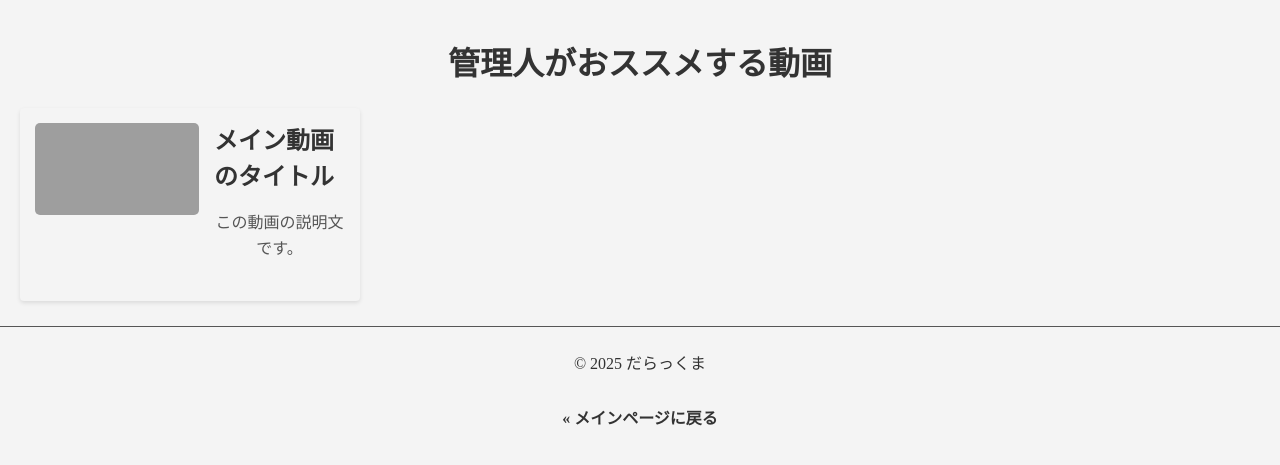
Repository: rydeen7907/html
Page: movie_link.html
These files come from the project's save history. The page is drawn as it stood at one moment and after the next save; the edit follows.
The browser window is 1280 px wide. The pictures show the whole page.
Pictures or frames that could not be fetched are drawn as grey boxes.

Above is the page before, as saved 2025-04-29 18:28:37.

### movie_link.html
<!DOCTYPE html>
<html lang="ja">
<head>
    <meta charset="UTF-8">
    <meta name="viewport" content="width=device-width, initial-scale=1.0">
    <title>運営者お気に入りの動画リンク</title>
    <link rel="stylesheet" href="style.css">
</head>
<body>

<header>
    <h1>管理人がおススメする動画</h1>
</header>

<div class="video-item">
    <div class="video-flame">
        <iframe src="https://www.youtube.com/embed/VIDEO_ID" title="YouTube video player" frameborder="0" allow="accelerometer; autoplay; clipboard-write; encrypted-media; gyroscope; picture-in-picture; web-share" allowfullscreen></iframe>
    </div>

    <div class="video-info">
        <h3 class="video-title">メイン動画のタイトル</h3>
        <p class="video-description">この動画の説明文です。</p>
    </div>
</div>

<footer class="social-links">
    <p>&copy; 2025 だらっくま</p>
    <a href="index.html">&laquo; メインページに戻る</a>
</footer>

</body>
</html>

### style.css
/* 基本スタイル */
:root {
    /* 色の設定 */
    --text-color-dark: #333; /*  */
    --text-color-light: #555; /*  */
    --background-color: #f4f4f4; /*  */
    --background-color-scroll: aqua; /*  */
    --link-color: #333; /* リンクの色 */
    --link-color-hover: #ff8000; /* ホバー時のリンク色 */

/* タイポグラフィ */
    --font-family: Arial, sans-serif; /* フォントファミリー */
    --line-height-base: 1.5; /* 行間を調整 (例：1.5倍 px,%,emでも可能) */
    --font-size-small: 12px; /* フォントサイズを小さく */
    --font-size-base: 16px; /* 基本フォントサイズ */
    --font-size-large: 24px; /* 大きなフォントサイズ */
    --font-size-xlarge: 32px; /* 特大フォントサイズ */

/* 余白 */
    --margin-xs: 5px; /* 小さなマージン */
    --margin-s: 10px; /* 基本マージン */
    --margin-m: 15px; /* 中くらいのマージン */
    --margin-l: 20px; /* 大きなマージン */
    --margin-xl: 25px; /* 特大マージン */
    --margin-xxl: 40px; /* 特特大マージン */
    --margin-xxxl: 50px; /* 特特特大マージン */
}

body {
    margin: 0; /* ブラウザデフォルトのマージンをリセット */
    padding: 0; /* ブラウザデフォルトのパディングをリセット */
    padding-bottom: var(--margin-xxxl); /* ページ下部のパディングを追加 */
    font-family: var(--font-size-base);
    line-height: var(--line-height-base); /* 行間を読みやすく調整 (例：2.0倍 px,%,emでも可能) */
    color: var(--text-color-dark); /* 文字色を濃いグレーに設定 */
    background-color: var(--background-color); /* 背景色を薄いグレーに設定 */
}

/* ヘッダー */
.header-image {
    display: block; /* 中央配置のためブロック要素に */
    width: 100%;
    /* max-width: auto; は width: 100%; があれば不要 */
    height: 400px;
    margin: 0 auto; /* 上下のマージンは０、左右は自動で中央揃え */
    object-fit: cover; /* 画像のアスペクト比を維持、要素に合わせる */
}

/* 画像の説明文 */
.image-caption {
    padding-top: var(--margin-xs); /* 上部のパディングを追加 */
    padding-bottom: var(--margin-xs); /* 下部のパディングを追加 */
    padding-left: var(--margin-m);    /* 左側のパディングを追加 */
    padding-right: var(--margin-m); /* 右側のパディングを追加 */

    margin-top: var(--margin-xs); /* 上部のマージンを追加 */
    margin-bottom: var(--margin-xl); /* 下部のマージンを追加 */
    font-size: var(--font-size-small); /* フォントサイズを小さく */
    color: var(--text-color-light); /* 文字色を薄いグレーに */
    text-align: right; /* 右寄せ */
}

/* 画像キャプション内のリンク */
.image-caption a {
    color: inherit; /* リンクの色 */
    text-align: right;
    text-decoration: none; /* 下線を削除 */
}

.image-caption a:hover,
.image-caption a:focus {
    color: var(--link-color-hover); /* ホバー時のリンク色 */
    text-decoration: underline; /* 下線を追加 */
}

/* スクロールテキストコンテナ */
.scrolling-text-container {
    width: 100%; /* 幅 */
    height: 55px; /* 高さ */
    margin-bottom: var(--margin-xxl); /* 下部のマージンを追加 */
    padding-top: var(--margin-xs); /* 上部のパディングを追加 */
    padding-bottom: var(--margin-s); /* 下部のパディングを追加 */
    box-sizing: border-box; /* パディングとボーダーを含めたサイズ計算 */
    background-color: var(--background-color-scroll); /* 背景色をアクアに設定 */
    overflow: hidden; /* はみ出た部分を隠す */
}

/* スクロールテキスト */
.scrolling-text {
    display: inline-block; /* インラインブロック要素に設定 */
    margin: 0; /* コンテナ内でのマージンを削除 */
    padding-left: 100%; /* 開始位置を右側に設定 */
    font-size: var(--font-size-large); /* フォントサイズ */
    font-weight: bold; /* 太字に設定 */
    color: var(--text-color-dark); /* 文字色を濃いグレーに */
    white-space: nowrap; /* 折り返し禁止 */
    animation: scroll-left 25s linear infinite; /* アニメーションを適用 */
}

/* スクロールアニメーションの定義 */
@keyframes scroll-left {
    0% {
        transform: translateX(0); /* 開始位置 */
    }
    100% {
        /* テキスト自身の幅だけ左に移動させる */
        transform: translateX(-150%);
    }
}

/* メインコンテンツ */
h1 {
    margin: var(--margin-xxl) 0 var(--margin-l); /* 上下のマージンを追加 */
    font-size: var(--font-size-xlarge); /* フォントサイズ */
    font-weight: bold; /* 太字に設定 */
    text-align: center; /* 中央配置 */
    color: var(--text-color-dark); /* 文字色を濃いグレーに */
}

main h2 {
    margin-left: var(--margin-m); /* 左側のマージンを追加 */
    text-align: left; /* 左寄せ */
}

/* リンクリストのスタイル */
main .link-list {
    list-style: none;
    padding-left: 0;
    margin-left: var(--margin-s);
    text-align: left;
}

/* リストアイテム下の余白 */
main .link-list li {
    margin-bottom: var(--margin-xs); /* 各リンク間 縦方向の余白 */
}

/* 段落 p */
p {
    margin: var(--margin-m) 0 ; /* 上下のマージンを追加 */
    padding-bottom: var(--margin-s);
    text-align: center; /* 中央配置 */
    font-size: var(--font-size-base); /* フォントサイズ */
}

main p{
    margin-left: var(--margin-xxxl); /* 左側のマージンを追加 */
    text-align: left; /* 左寄せ */
    font-size: var(--font-size-base); /* フォントサイズ */
}

/* ページナビゲーション(横並び) */
.page-navigation {
    text-align: center; /* 中央配置 */
    margin-top: var(--margin-l);
    margin-bottom: var(--margin-l);
}

.page-navigation a {
    display: inline-block; /* インラインブロック要素に設定 */
    margin: 0 var(--margin-s); /* 左右のマージンを追加 */
    font-size: var(--font-size-base); /* フォントサイズ */
    font-weight: bold; /* 太字に設定 */
    /* text-align: center; /* 中央配置 */
    text-decoration: none; /* 下線を削除 */
    transition: color 0.3s; /* ホバー時の色変更にトランジションを追加 */
}

/* ホバー時のスタイル */
.page-navigation a:hover,
.page-navigation a:focus {
    color: var(--link-color-hover); /* ホバー時の文字色をオレンジに変更 */
    text-decoration: underline; /* 下線を追加 */
}

/* リンク a */
a {
    display: block;
    color: var(--link-color); /* 文字色を赤に */
    margin: var(--margin-s) auto; /* 上部のマージンを追加 */
    font-size: var(--font-size-base); /* フォントサイズ */
    font-weight: bold; /* 太字に設定 */
    text-align: left;
    text-decoration: none; /* 下線を削除 */
    transition: color 0.3s; /* ホバー時の色変更にトランジションを追加 */
}

/* ホバー時のスタイル */
a:hover,
a:focus { /* ホバーとフォーカス時に適用するスタイル */
    color: var(--link-color-hover); /* ホバー時の文字色をオレンジに変更 */
    text-decoration: underline; /* 下線を追加 */
}

/* SNS リンク */
.social-links {
    text-align: center;
    margin: var(--margin-xl) 0; /* 上下のマージンを追加 */
    padding-bottom: var(--margin-s); /* 上下のパディングを追加 */
    border-top: 1px solid var(--text-color-light); /* 上部に薄いグレーのボーダーを追加 */
    padding-top: var(--margin-s); /* 上部のパディングを追加 */
}

.social-links h2 {
    font-size: var(--font-size-base); /* フォントサイズ */
    color: var(--text-color-dark); /* 文字色を濃いグレーに */
    margin: var(--margin-s) 0; /* 上下のマージンを追加 */
    font-weight: normal; /* 太字に設定 */
}

.social-links ul {
    list-style: none; /* リストのマークを削除 */
    padding: 0; /* パディングを削除 */
    margin: 0; /* マージンを削除 */
}

.social-links li {
    display: inline-block; /* 横並び */
    margin: 0 var(--margin-s); /* 左右のマージンを追加 */
}

/* SNSリンク 固有のスタイル */
.social-links a {
    display: inline-block; /* クリック範囲を確保 */
    line-height: 1; /* 画像のベースラインを揃えるのに役立つ */
    /* color: var(--link-color); /* リンクの色 */
    text-decoration: none; /* 下線を削除 */
    /*font-size: var(--font-size-base); /* フォントサイズ */
    transition: opacity 0.5s; /* ホバー時の透明度変更 (テキスト：color 0.3s)*/
}

.social-icon {
    width: 48px; /* アイコンの幅 */
    height: 48px; /* アイコンの高さ */
    vertical-align: middle; /* 他のアイコンと並んだ場合の垂直配置を中央に */
    /*object-fit: cover; /* 画像のアスペクト比を維持、要素に合わせる */
}

/* ホバー時のスタイル */
.social-links a:hover,
.social-links a:focus {
    /* color: var(--link-color-hover); /* ホバー時の文字色をオレンジに変更 */
    /* text-decoration: underline; /* 下線を追加 */
    opacity: 0.7; /* ホバー時の透明度を変更 */
}

/* 動画コンテナのスタイル*/
.video-item {
    display: flex;
    align-items: flex-start;
    gap: 15px;
    margin: 20px; /* 上下左右のマージン 左右はautoで中央寄せ */
    max-width: 310px;
    padding: 15px; /* 内側の余白 */
    background-color: var(--background-color); /* 背景色を薄いグレーに設定 */
    border-radius: 4px; /* 角を丸める*/
    box-shadow: 0 2px 4px rgba(0, 0, 0, 0.1); /* 影を追加 */
}

/* 動画フレームのスタイル */
.video-frame {
    width: 100%; /* 動画フレームの幅 */
    flex-shrink: 0;
}

/* iframeのスタイル */
.video-flame iframe {
    width: 100%; /* .video-frame の幅に合わせる*/
    aspect-ratio: 16 / 9;
    display: block;
    border: none;
    border-radius: 5px;
}

.video-info{
    flex-grow: 1; /* 残りのスペースを占有 */
    text-align: left; /* 左寄せ */
}

/* 動画情報のスタイル */
/*.video-title .video-description {
    flex-grow: 1;
    text-align: left;
} */

/* 動画タイトルのスタイル*/
.video-title {
    margin-top: 0;
    margin-bottom: 10px;
    font-size: 24px;
    font-weight: bold;
}

/* 動画説明文 */
.video-description {
    color: #555;
    font-size: 16px;
    line-height: 1.6;
}

/* レスポンシブ対応 */
@media (max-width: 640px) {
    .video-item {
        flex-direction: column;
        align-items: stretch;
        max-width: 100%;
        margin: 20px auto;
        padding: 15px;
        gap: 10px;
    }

    .video-frame {
        width: 100%;
        flex-shrink: initial;
    }

    .video-title {
        font-size: 16px;
    }

    .video-description {
        font-size: 14px;
    }
}

After the next save:
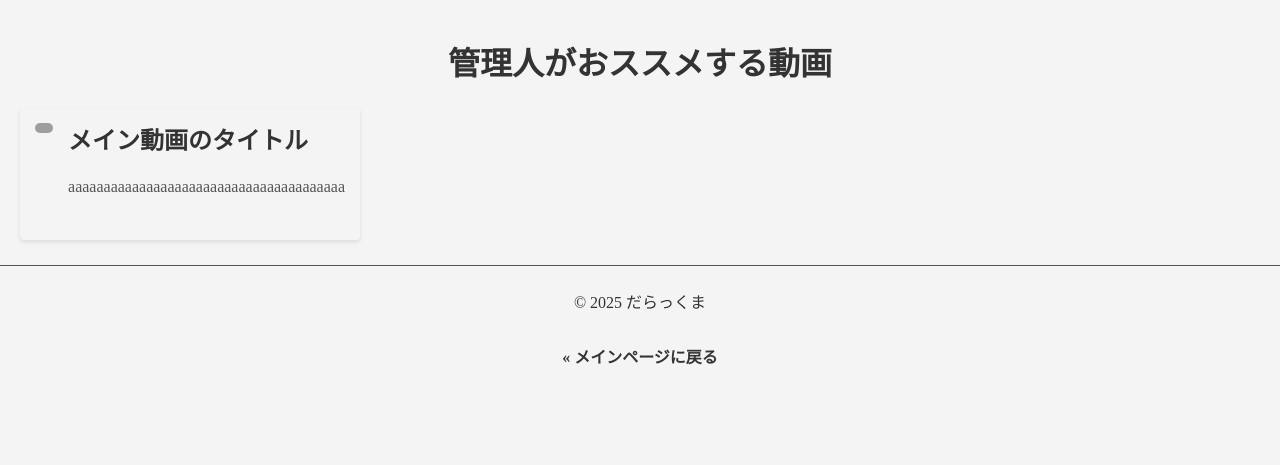
Saved 22 s later.
--- a/movie_link.html
+++ b/movie_link.html
@@ -19,7 +19,7 @@
 
     <div class="video-info">
         <h3 class="video-title">メイン動画のタイトル</h3>
-        <p class="video-description">この動画の説明文です。</p>
+        <p class="video-description">aaaaaaaaaaaaaaaaaaaaaaaaaaaaaaaaaaaaaaa</p>
     </div>
 </div>
 
